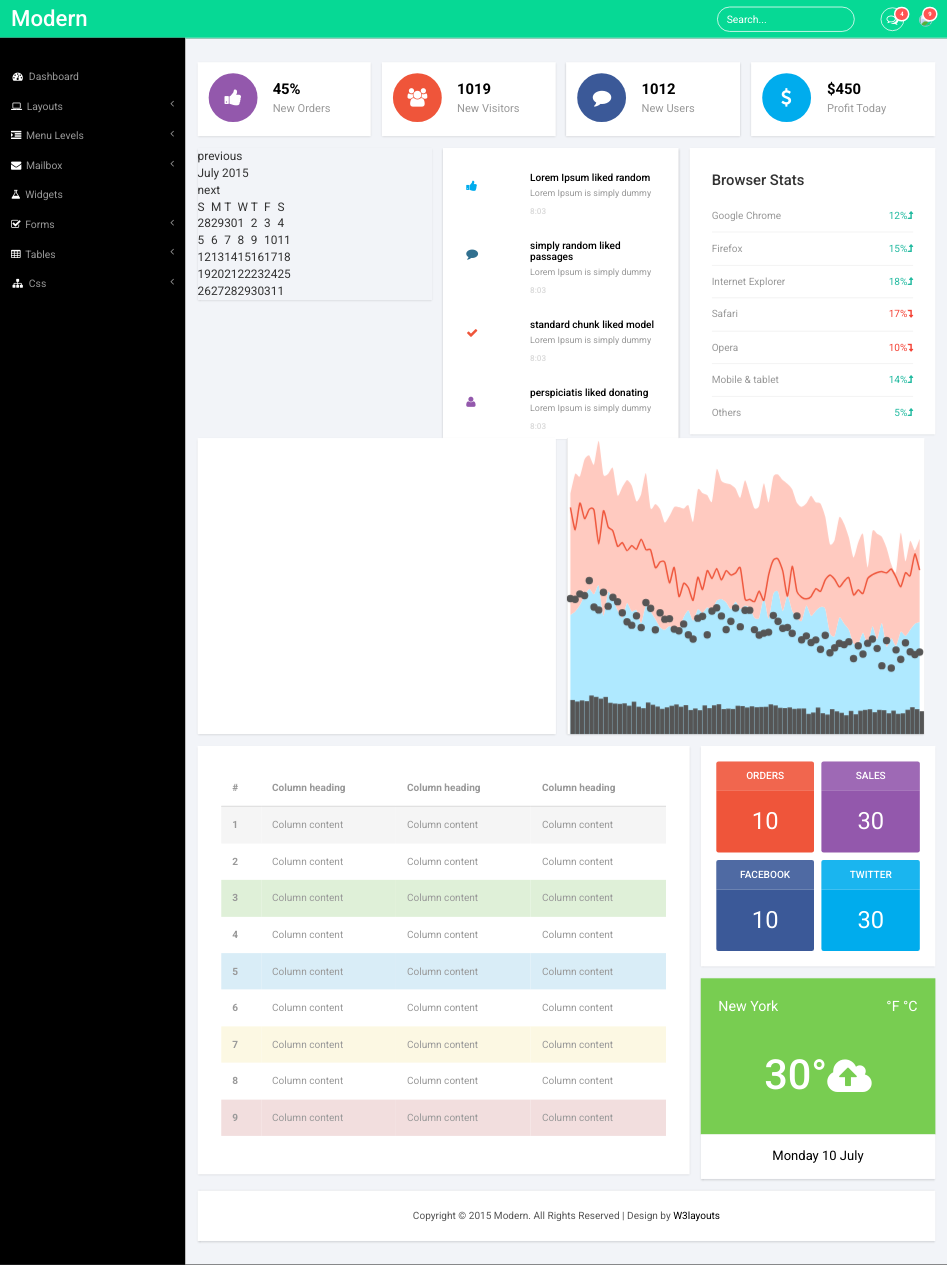
Repository: NomanMustafa/laravel-blog
Page: http://localhost/dashboard
These files come from the project's save history. The page is drawn as it stood at one moment and after the next save; the edit follows.
The browser window is 1280 px wide. The pictures show the whole page, at 74% of full size.
The page is served by the project's Laravel application, run on PHP 8.4 with Laravel 8. A made-up administrator, Test User (test@example.com), is signed in. Other server files are loaded and not shown.

Above is the page before, as saved 2020-07-05 00:00:57.
Console error: ReferenceError: sample_data is not defined

### routes/web.php
<?php

use Illuminate\Support\Facades\Route;

/*
|--------------------------------------------------------------------------
| Web Routes
|--------------------------------------------------------------------------
|
| Here is where you can register web routes for your application. These
| routes are loaded by the RouteServiceProvider within a group which
| contains the "web" middleware group. Now create something great!
|
 */

// Route::get('/', function () {
//     return view('welcome');
// });
Route::get('/', 'PublicControler@index')->name('index');
Route::get('post/{id}', 'PublicControler@singlePost')->name('singlePost');
Route::get('/about', 'PublicControler@about')->name('about');
Route::get('/contect', 'PublicControler@contect')->name('contect');
Route::post('/contect', 'PublicControler@contectPost')->name('contectPost');

Auth::routes();
Route::get('/dashboard', 'HomeController@index')->name('dashboard');

Route::prefix('admin')->group(function(){
    Route::get('/dashboard' , 'AdminController@dashboard')->name('adminDashboard');
});

### resources/views/includes/admin/headerNavigation.blade.php

            <div class="navbar-header">
                <button type="button" class="navbar-toggle" data-toggle="collapse" data-target=".navbar-collapse">
                    <span class="sr-only">Toggle navigation</span>
                    <span class="icon-bar"></span>
                    <span class="icon-bar"></span>
                    <span class="icon-bar"></span>
                </button>
                <a class="navbar-brand" href="index.html">Modern</a>
            </div>
            <!-- /.navbar-header -->
            <ul class="nav navbar-nav navbar-right">
				<li class="dropdown">
	        		<a href="#" class="dropdown-toggle" data-toggle="dropdown" aria-expanded="false"><i class="fa fa-comments-o"></i><span class="badge">4</span></a>
	        		<ul class="dropdown-menu">
						<li class="dropdown-menu-header">
							<strong>Messages</strong>
							<div class="progress thin">
							  <div class="progress-bar progress-bar-success" role="progressbar" aria-valuenow="40" aria-valuemin="0" aria-valuemax="100" style="width: 40%">
							    <span class="sr-only">40% Complete (success)</span>
							  </div>
							</div>
						</li>
						<li class="avatar">
							<a href="#">
								<img src="images/1.png" alt=""/>
								<div>New message</div>
								<small>1 minute ago</small>
								<span class="label label-info">NEW</span>
							</a>
						</li>
						<li class="avatar">
							<a href="#">
								<img src="images/2.png" alt=""/>
								<div>New message</div>
								<small>1 minute ago</small>
								<span class="label label-info">NEW</span>
							</a>
						</li>
						<li class="avatar">
							<a href="#">
								<img src="images/3.png" alt=""/>
								<div>New message</div>
								<small>1 minute ago</small>
							</a>
						</li>
						<li class="avatar">
							<a href="#">
								<img src="images/4.png" alt=""/>
								<div>New message</div>
								<small>1 minute ago</small>
							</a>
						</li>
						<li class="avatar">
							<a href="#">
								<img src="images/5.png" alt=""/>
								<div>New message</div>
								<small>1 minute ago</small>
							</a>
						</li>
						<li class="avatar">
							<a href="#">
								<img src="images/pic1.png" alt=""/>
								<div>New message</div>
								<small>1 minute ago</small>
							</a>
						</li>
						<li class="dropdown-menu-footer text-center">
							<a href="#">View all messages</a>
						</li>
	        		</ul>
	      		</li>
			    <li class="dropdown">
	        		<a href="#" class="dropdown-toggle avatar" data-toggle="dropdown"><img src="images/1.png"><span class="badge">9</span></a>
	        		<ul class="dropdown-menu">
						<li class="dropdown-menu-header text-center">
							<strong>Account</strong>
						</li>
						<li class="m_2"><a href="#"><i class="fa fa-bell-o"></i> Updates <span class="label label-info">42</span></a></li>
						<li class="m_2"><a href="#"><i class="fa fa-envelope-o"></i> Messages <span class="label label-success">42</span></a></li>
						<li class="m_2"><a href="#"><i class="fa fa-tasks"></i> Tasks <span class="label label-danger">42</span></a></li>
						<li><a href="#"><i class="fa fa-comments"></i> Comments <span class="label label-warning">42</span></a></li>
						<li class="dropdown-menu-header text-center">
							<strong>Settings</strong>
						</li>
						<li class="m_2"><a href="#"><i class="fa fa-user"></i> Profile</a></li>
						<li class="m_2"><a href="#"><i class="fa fa-wrench"></i> Settings</a></li>
						<li class="m_2"><a href="#"><i class="fa fa-usd"></i> Payments <span class="label label-default">42</span></a></li>
						<li class="m_2"><a href="#"><i class="fa fa-file"></i> Projects <span class="label label-primary">42</span></a></li>
						<li class="divider"></li>
						<li class="m_2"><a href="#"><i class="fa fa-shield"></i> Lock Profile</a></li>
						<li class="m_2"><a href="#"><i class="fa fa-lock"></i> Logout</a></li>
	        		</ul>
	      		</li>
			</ul>
			<form class="navbar-form navbar-right">
              <input type="text" class="form-control" value="Search..." onfocus="this.value = '';" onblur="if (this.value == '') {this.value = 'Search...';}">
            </form>

### resources/views/includes/admin/sideBar.blade.php
<div class="navbar-default sidebar" role="navigation">
                <div class="sidebar-nav navbar-collapse">
                    <ul class="nav" id="side-menu">
                        <li>
                            <a href="index.html"><i class="fa fa-dashboard fa-fw nav_icon"></i>Dashboard</a>
                        </li>
                        <li>
                            <a href="#"><i class="fa fa-laptop nav_icon"></i>Layouts<span class="fa arrow"></span></a>
                            <ul class="nav nav-second-level">
                                <li>
                                    <a href="grids.html">Grid System</a>
                                </li>
                            </ul>
                            <!-- /.nav-second-level -->
                        </li>
                        <li>
                            <a href="#"><i class="fa fa-indent nav_icon"></i>Menu Levels<span class="fa arrow"></span></a>
                            <ul class="nav nav-second-level">
                                <li>
                                    <a href="graphs.html">Graphs</a>
                                </li>
                                <li>
                                    <a href="typography.html">Typography</a>
                                </li>
                            </ul>
                            <!-- /.nav-second-level -->
                        </li>
                        <li>
                            <a href="#"><i class="fa fa-envelope nav_icon"></i>Mailbox<span class="fa arrow"></span></a>
                            <ul class="nav nav-second-level">
                                <li>
                                    <a href="inbox.html">Inbox</a>
                                </li>
                                <li>
                                    <a href="compose.html">Compose email</a>
                                </li>
                            </ul>
                            <!-- /.nav-second-level -->
                        </li>
                        <li>
                            <a href="widgets.html"><i class="fa fa-flask nav_icon"></i>Widgets</a>
                        </li>
                         <li>
                            <a href="#"><i class="fa fa-check-square-o nav_icon"></i>Forms<span class="fa arrow"></span></a>
                            <ul class="nav nav-second-level">
                                <li>
                                    <a href="forms.html">Basic Forms</a>
                                </li>
                                <li>
                                    <a href="validation.html">Validation</a>
                                </li>
                            </ul>
                            <!-- /.nav-second-level -->
                        </li>
                        <li>
                            <a href="#"><i class="fa fa-table nav_icon"></i>Tables<span class="fa arrow"></span></a>
                            <ul class="nav nav-second-level">
                                <li>
                                    <a href="basic_tables.html">Basic Tables</a>
                                </li>
                            </ul>
                            <!-- /.nav-second-level -->
                        </li>
                        <li>
                            <a href="#"><i class="fa fa-sitemap fa-fw nav_icon"></i>Css<span class="fa arrow"></span></a>
                            <ul class="nav nav-second-level">
                                <li>
                                    <a href="media.html">Media</a>
                                </li>
                                <li>
                                    <a href="login.html">Login</a>
                                </li>
                            </ul>
                            <!-- /.nav-second-level -->
                        </li>
                    </ul>
                </div>
                <!-- /.sidebar-collapse -->
            </div>
            <!-- /.navbar-static-side -->

### public/admin/assets/css/lines.css

.rickshaw_graph .detail {
	pointer-events: none;
	position: absolute;
	top: 0;
	z-index: 2;
	background: rgba(0, 0, 0, 0.1);
	bottom: 0;
	width: 1px;
	transition: opacity 0.25s linear;
	-moz-transition: opacity 0.25s linear;
	-o-transition: opacity 0.25s linear;
	-webkit-transition: opacity 0.25s linear;
}
.rickshaw_graph .detail.inactive {
	opacity: 0;
}
.rickshaw_graph .detail .item.active {
	opacity: 1;
}
.rickshaw_graph .detail .x_label {
	font-family: Arial, sans-serif;
	border-radius: 3px;
	padding: 6px;
	opacity: 0.5;
	border: 1px solid #e0e0e0;
	font-size: 12px;
	position: absolute;
	background: white;
	white-space: nowrap;
}
.rickshaw_graph .detail .x_label.left {
	left: 0;
}
.rickshaw_graph .detail .x_label.right {
	right: 0;
}
.rickshaw_graph .detail .item {
	position: absolute;
	z-index: 2;
	border-radius: 3px;

	font-size: 12px;
	font-family: Arial, sans-serif;
	opacity: 0;
	background: rgba(0, 0, 0, 0.4);
	color: white;
	border: 1px solid rgba(0, 0, 0, 0.4);
	margin-left: 1em;
	margin-right: 1em;
	margin-top: -1em;
	white-space: nowrap;
}
.rickshaw_graph .detail .item.left {
	left: 0;
}
.rickshaw_graph .detail .item.right {
	right: 0;
}
.rickshaw_graph .detail .item.active {
	opacity: 1;
	background: rgba(0, 0, 0, 0.8);
}
.rickshaw_graph .detail .item:after {
	position: absolute;
	display: block;
	width: 0;
	height: 0;

	content: "";

	border: 5px solid transparent;
}
.rickshaw_graph .detail .item.left:after {
	top: 1em;
	left: -5px;
	margin-top: -5px;
	border-right-color: rgba(0, 0, 0, 0.8);
	border-left-width: 0;
}
.rickshaw_graph .detail .item.right:after {
	top: 1em;
	right: -5px;
	margin-top: -5px;
	border-left-color: rgba(0, 0, 0, 0.8);
	border-right-width: 0;
}
.rickshaw_graph .detail .dot {
	width: 4px;
	height: 4px;
	margin-left: -3px;
	margin-top: -3.5px;
	border-radius: 5px;
	position: absolute;
	box-shadow: 0 0 2px rgba(0, 0, 0, 0.6);
	box-sizing: content-box;
	-moz-box-sizing: content-box;
	background: white;
	border-width: 2px;
	border-style: solid;
	display: none;
	background-clip: padding-box;
}
.rickshaw_graph .detail .dot.active {
	display: block;
}
/* graph */
#chart {
  width: 649px !important;
  height: 400px !important;
  background-color: #fff;
}
.rickshaw_graph {
	position: relative;
}
.rickshaw_graph svg {
  display: block;
  overflow: hidden;
}
@media (max-width:1366px){
#chart {
  width:533px !important;
}
}
@media (max-width:1280px){
#chart {
  width:483px !important;
}
canvas#doughnut, canvas#line, canvas#polarArea, #bar, #pie, #radar {
  width: 308px !important;
  height: 220px !important;
}
}
@media (max-width:1024px){
#chart {
  width:360px !important;
  height:300px !important;
}
}
@media (max-width:768px){
#chart {
  width:468px !important;
  height: 300px !important;
}
}
@media (max-width:736px){
#chart {
  width:685px !important;
  height: 300px !important;
}
}
@media (max-width:640px){
#chart {
  width:580px !important;
  height:250px !important;
}
}
@media (max-width:540px){
#chart {
  width:464px !important;
  height:250px !important;
}
}
@media (max-width:480px){
#chart {
  width:447px !important;
  height:250px !important;
}
}
@media (max-width:320px){
#chart {
  width:298px !important;
  height:250px !important;
}
.copy {
  padding: 10px;
}
.copy p{
  font-size:13px;
}
.btn-group-lg>.btn, .btn-lg {
  padding: 6px 7px;
  font-size: 16px;
}
.label {
  font-size: 56%;
}
.pagination-lg>li>a, .pagination-lg>li>span {
  padding: 8px 13px;
  font-size: 15px;
}
.nav>li>a {
  padding: 7px 8px;
}
.modal-dialog {
  width: 245px !important;
}
}

### public/admin/assets/css/custom.css
#wrapper {
    width: 100%;
}
#page-wrapper {
    /*--padding: 0 15px;--*/
    min-height: 568px;
    background-color: #fff;
}

@media(min-width:768px) {
    #page-wrapper {
        position: inherit;
        margin: 0 0 0 250px;
        /*--padding: 0 30px;--*/
        border-left: 1px solid #e7e7e7;
    }
}

.navbar-top-links {
    margin-right: 0;
}

.navbar-top-links li {
    display: inline-block;
}

.navbar-top-links li:last-child {
    margin-right: 15px;
}

.navbar-top-links li a {
    padding: 15px;
    min-height: 50px;
}

.navbar-top-links .dropdown-menu li {
    display: block;
}

.navbar-top-links .dropdown-menu li:last-child {
    margin-right: 0;
}

.navbar-top-links .dropdown-menu li a {
    padding: 3px 20px;
    min-height: 0;
}

.navbar-top-links .dropdown-menu li a div {
    white-space: normal;
}

.navbar-top-links .dropdown-messages,
.navbar-top-links .dropdown-tasks,
.navbar-top-links .dropdown-alerts {
    width: 310px;
    min-width: 0;
}
.navbar-top-links .dropdown-messages {
    margin-left: 5px;
}
.navbar-top-links .dropdown-tasks {
    margin-left: -59px;
}

.navbar-top-links .dropdown-alerts {
    margin-left: -123px;
}

.navbar-top-links .dropdown-user {
    right: 0;
    left: auto;
}

.sidebar .sidebar-nav.navbar-collapse {
    padding-right: 0;
    padding-left: 0;
}

.sidebar .sidebar-search {
    padding: 15px;
}
.sidebar .arrow {
    float: right;
}

.sidebar .fa.arrow:before {
    content: "\f104";
}

.sidebar .active>a>.fa.arrow:before {
    content: "\f107";
}

.sidebar .nav-second-level li,
.sidebar .nav-third-level li {
    border-bottom: 0!important;
}

.sidebar .nav-second-level li a {
    padding-left: 37px;
}

.sidebar .nav-third-level li a {
    padding-left: 52px;
}

@media(min-width:768px) {
    .sidebar {
        z-index: 1;
        position: absolute;
        width: 250px;
        margin-top: 51px;
    }

    .navbar-top-links .dropdown-messages,
    .navbar-top-links .dropdown-tasks,
    .navbar-top-links .dropdown-alerts {
        margin-left: auto;
    }
}

Loaded but not shown: app/Providers/AppServiceProvider.php (common file); app/Http/Controllers/Auth/LoginController.php (common file); app/Http/Controllers/Controller.php (common file); app/Http/Controllers/Auth/ConfirmPasswordController.php (common file); app/User.php (common file); app/Http/Controllers/HomeController.php (common file); public/admin/assets/css/bootstrap.min.css (library); public/admin/assets/css/font-awesome.css (library); public/admin/assets/js/jquery.min.js (library); public/admin/assets/js/metisMenu.min.js (common file); public/admin/assets/js/d3.v3.js (library); public/admin/assets/js/rickshaw.js (3908 lines, source omitted); public/admin/assets/js/custom.js (36 lines, source omitted); public/admin/assets/css/style.css (2713 lines, source omitted); resources/views/dashboard.blade.php (156 lines, source omitted); resources/views/layouts/admin.blade.php (253 lines, source omitted)

After the next save:
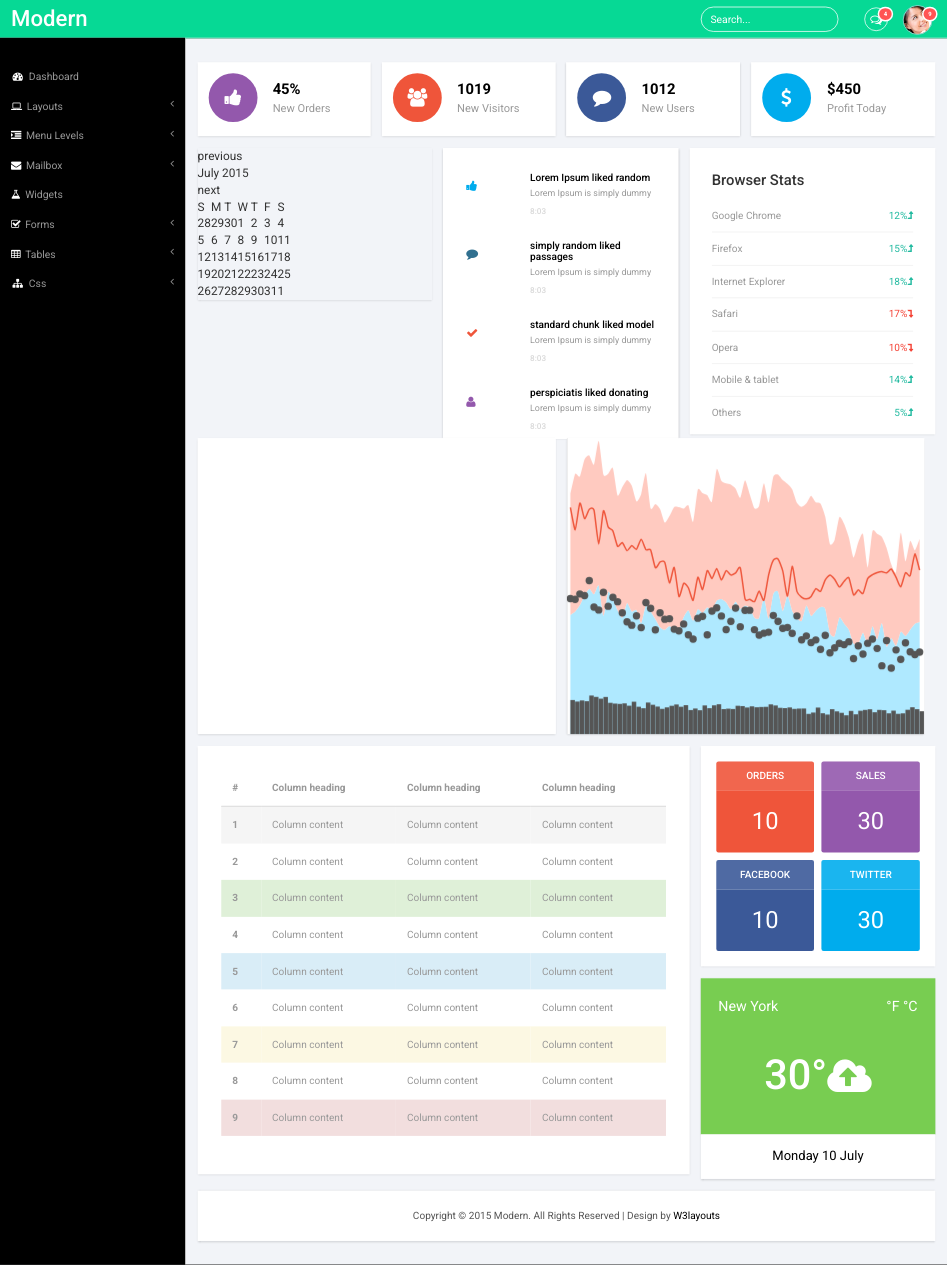
Saved 2 min 52 s later.
--- a/resources/views/includes/admin/headerNavigation.blade.php
+++ b/resources/views/includes/admin/headerNavigation.blade.php
@@ -23,7 +23,7 @@
 						</li>
 						<li class="avatar">
 							<a href="#">
-								<img src="images/1.png" alt=""/>
+								<img src="{{ asset('adminn/assets/images/1.png') }}" alt=""/>
 								<div>New message</div>
 								<small>1 minute ago</small>
 								<span class="label label-info">NEW</span>
@@ -31,7 +31,7 @@
 						</li>
 						<li class="avatar">
 							<a href="#">
-								<img src="images/2.png" alt=""/>
+								<img src="{{ asset('admin/assets/images/2.png') }}" alt=""/>
 								<div>New message</div>
 								<small>1 minute ago</small>
 								<span class="label label-info">NEW</span>
@@ -39,28 +39,28 @@
 						</li>
 						<li class="avatar">
 							<a href="#">
-								<img src="images/3.png" alt=""/>
+								<img src="{{ asset('admin/assets/images/3.png') }}" alt=""/>
 								<div>New message</div>
 								<small>1 minute ago</small>
 							</a>
 						</li>
 						<li class="avatar">
 							<a href="#">
-								<img src="images/4.png" alt=""/>
+								<img src="{{ asset('admin/assets/images/4.png') }}" alt=""/>
 								<div>New message</div>
 								<small>1 minute ago</small>
 							</a>
 						</li>
 						<li class="avatar">
 							<a href="#">
-								<img src="images/5.png" alt=""/>
+								<img src="{{ asset('admin/assets/images/5.png') }}" alt=""/>
 								<div>New message</div>
 								<small>1 minute ago</small>
 							</a>
 						</li>
 						<li class="avatar">
 							<a href="#">
-								<img src="images/pic1.png" alt=""/>
+								<img src="{{ asset('admin/assets/images/pic1.png') }}" alt=""/>
 								<div>New message</div>
 								<small>1 minute ago</small>
 							</a>
@@ -71,7 +71,7 @@
 	        		</ul>
 	      		</li>
 			    <li class="dropdown">
-	        		<a href="#" class="dropdown-toggle avatar" data-toggle="dropdown"><img src="images/1.png"><span class="badge">9</span></a>
+	        		<a href="#" class="dropdown-toggle avatar" data-toggle="dropdown"><img src="{{ asset('admin/assets/images/1.png') }}"><span class="badge">9</span></a>
 	        		<ul class="dropdown-menu">
 						<li class="dropdown-menu-header text-center">
 							<strong>Account</strong>
